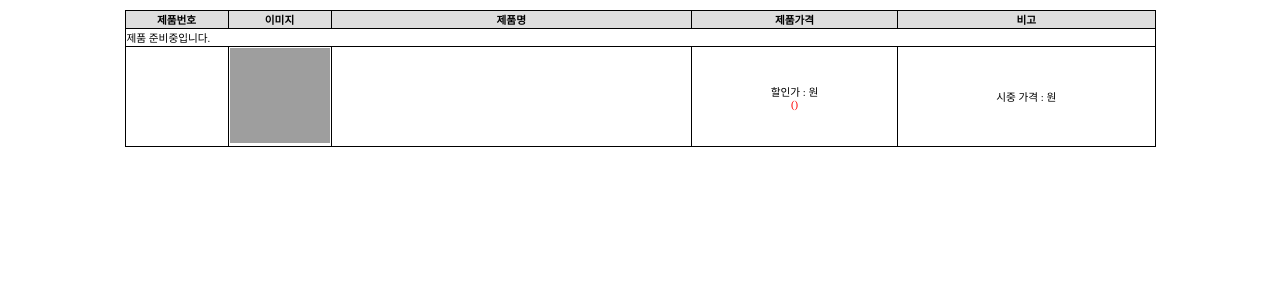
Repository: xlz5000/ICT
Page: http://localhost/spring_mvc02/WEB-INF/views/day08/product_list.jsp
The author's editor kept a copy of each file at every save. The page is drawn from the files as they stood at one save, then again after the next save.
The browser window is 1280 px wide. The pictures show the whole page.
Pictures or frames that could not be fetched are drawn as grey boxes. The page is served by Tomcat 9. Nobody is signed in. Other server files are loaded and not shown. The template is opened directly, without the code that normally fills it, so the values that code supplies are empty.

Above is the page before, as saved 2025-04-16 02:44:51.

### spring_mvc02/src/main/webapp/WEB-INF/views/day08/product_list.jsp
<%@ page language="java" contentType="text/html; charset=UTF-8"
	pageEncoding="UTF-8"%>

<%@ taglib prefix="c" uri="http://java.sun.com/jsp/jstl/core" %>
<!DOCTYPE html>
<html>
<head>
<meta charset="UTF-8">
<title>Insert title here</title>
<style type="text/css">
table {
	margin: 10px auto;
	width: 600;
	border-collapse: collapse;
	font-size: 8pt;
	border-color: navy;
}

table, th, td {
	border: 1px solid black;
}
</style>
</head>
<body>
	<table>
	<thead>
		<tr bgcolor="#dedede">
			<th width="10%">제품번호</th>
			<th width="10%">이미지</th>
			<th width="35%">제품명</th>
			<th width="20%">제품가격</th>
			<th width="25%">비고</th>
		</tr>
	</thead>
	<tbody>
		<c:choose>
			<c:when test="${empty shop_list}">
				<tr>
					<td colspan="5"><span id="nodata">제품 준비중입니다.</span></td>
				</tr>
			</c:when>
			<c:otherwise>
				<c:forEach var="k" items="#{shop_list }">
					<tr>

						<td>${k.p_num}</td>
						<td><img src='<c:url value="/resources/images/${k.p_images_s }" />'></td>
						<td>${k.p_name}</td>
						<td>${k.p_price}</td>
						<td>${k.p_saleprice}</td>
					</tr>

				</c:forEach>

			</c:otherwise>


		</c:choose>
	</tbody>
		<tr align="center">
			<td></td>
			<td><img src="images/" width="100" height="95"></td>
			<td><a href="product_content.jsp?prod_num="> </a></td>
			<td>할인가 : 원<br> <font color="red">()</font>
			</td>
			<td>시중 가격 : 원</td>
		</tr>
	</table>
</body>
</html>

### spring_mvc02/src/main/webapp/WEB-INF/views/day08/top.jsp
<%@ page language="java" contentType="text/html; charset=UTF-8"
    pageEncoding="UTF-8"%>
<!DOCTYPE html>
<html>
<head>
<meta charset="UTF-8">
<title>Insert title here</title>
    <style>
        a:link{text-decoration:none; color:navy}
        a:visited{text-decoration:none; color:navy}
        a:hover{text-decoration:none; color:red}

		body{ text-align: center }
		hr{
			width: 600px;
			border: 1px;
			color: navy;
		}

		div#header, div#nav{
			width: 600px;
			margin: 10px auto;
			text-align: center;
		}
		div#wrap{ margin: 0 auto; }
    </style>
  </head>
  <body>
  <div id="wrap">
	  <hr noshade/>
	  <div id="header">
		  <span class="title">
			  HANBIT SHOPPING CENTER
		  </span>
	  </div>
	  <hr noshade/>
	  <div id="nav">
		  <a href="product_list.jsp?category=com001">컴퓨터</a> |
		  <a href="product_list.jsp?category=ele002">가전 제품</a> |
		  <a href="product_list.jsp?category=sp003">스포츠</a>
	  </div>
	  <hr noshade/>
  </div>
  </body>
</html>

After the next save:
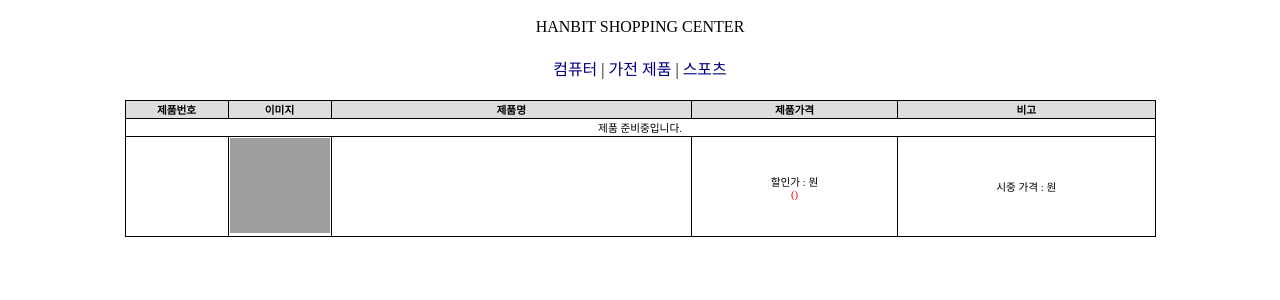
Saved 73 s later.
--- a/spring_mvc02/src/main/webapp/WEB-INF/views/day08/product_list.jsp
+++ b/spring_mvc02/src/main/webapp/WEB-INF/views/day08/product_list.jsp
@@ -22,6 +22,7 @@
 </style>
 </head>
 <body>
+<%@ include file="top.jsp" %>
 	<table>
 	<thead>
 		<tr bgcolor="#dedede">
